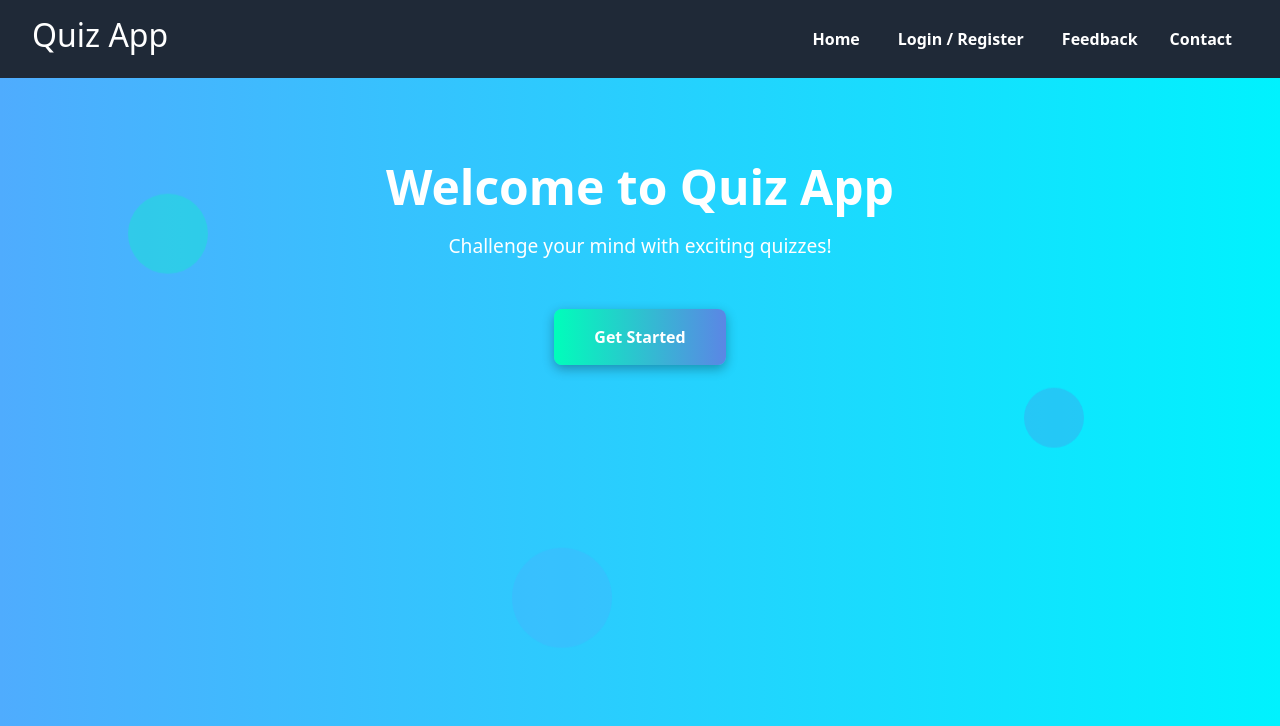
Repository: lalit9168/quizApp
Page: / (app in frontend/)
These files come from the project's save history. The page is drawn as it stood at one moment and after the next save; the edit follows.
The browser window is 1280 px wide. The pictures show the whole page.
The project was rebuilt for these pictures with package versions that can differ from the ones it lists, and the page was loaded fresh each time. Also part of the build but not shown: frontend/vite.config.js, frontend/src/index.css, frontend/src/Components/Login/Login.jsx, frontend/src/Components/Home/Home.jsx, frontend/src/Components/PrivateRoute.jsx, frontend/src/Components/api.js, frontend/src/Components/Quiz/QuizPage.jsx, frontend/src/Components/Quiz/QuizDash.jsx and 7 more.

Above is the page before, as saved 2025-06-09 10:29:17.

### frontend/index.html
<!doctype html>
<html lang="en">
  <head>
    <meta charset="UTF-8" />
    <link rel="icon" type="image/svg+xml" href="/vite.svg" />
    <meta name="viewport" content="width=device-width, initial-scale=1.0" />
    <title>Vite + React</title>
  </head>
  <body>
    <div id="root"></div>
    <script type="module" src="/src/main.jsx"></script>
    <link
  href="https://cdn.jsdelivr.net/npm/bootstrap@5.3.0/dist/css/bootstrap.min.css"
  rel="stylesheet"
/>
  </body>
</html>

### frontend/src/App.jsx
import { BrowserRouter, Routes, Route } from 'react-router-dom';
import {
  LoginPage,
  HomePage,
  QuizPage,
  PrivateRoute,
  QuizDash,
  AttemptQuiz,
  CreateGuestQuiz,
  GuestQuizEntry,
  GuestAttemptQuiz,
} from './Components/exports';
import AdminSubmissions from './Components/Quiz/AdminSubmissions';

// ✅ New pages for landing and static content
import Hero from './Components/LandingPage/Hero';
import Contact from './Components/LandingPage/Contact';
import Feedback from './Components/LandingPage/Feedback';

function App() {
  return (
    <BrowserRouter>
      <Routes>

        {/* ✅ Landing Page - default entry */}
        <Route path="/" element={<Hero />} />

        {/* ✅ Auth routes */}
        <Route path="/login" element={<LoginPage />} />
        <Route path="/register" element={<LoginPage />} />

        {/* ✅ Protected Home */}
        <Route path="/home" element={<HomePage />} />

        {/* ✅ Admin Routes */}
        <Route
          path="/quiz"
          element={
            <PrivateRoute allowedRoles={['admin']}>
              <QuizPage />
            </PrivateRoute>
          }
        />
        <Route path="/quizdash" element={<QuizDash />} />
        <Route
          path="/admin/submissions"
          element={
            <PrivateRoute allowedRoles={['admin']}>
              <AdminSubmissions />
            </PrivateRoute>
          }
        />
        <Route
          path="/create-guest"
          element={
            <PrivateRoute allowedRoles={['admin']}>
              <CreateGuestQuiz />
            </PrivateRoute>
          }
        />

        {/* ✅ Guest & User Quiz Attempt Routes */}
        <Route path="/attempt/:code" element={<AttemptQuiz />} />
        <Route path="/guest-quiz-entry" element={<GuestQuizEntry />} />
        <Route path="/guest-attempt/:quizCode" element={<GuestAttemptQuiz />} />

        {/* ✅ Static Info Pages */}
        <Route path="/contact" element={<Contact />} />
        <Route path="/feedback" element={<Feedback />} />

      </Routes>
    </BrowserRouter>
  );
}

export default App;

### frontend/src/Components/exports.js
import LoginPage from "./Login/Login";
import HomePage from "./Home/Home";
import PrivateRoute from "./PrivateRoute";
import QuizPage from "./Quiz/QuizPage";
import QuizDash from "./Quiz/QuizDash";
import AttemptQuiz from "./Quiz/AttemptQuiz";
import CreateGuestQuiz from "./Guest/CreateGuestQuiz";
import GuestQuizEntry from "./Guest/GuestQuizEntry";
import GuestAttemptQuiz from "./Guest/GuestAttemptQuiz";

export {
    LoginPage,
    HomePage,
    PrivateRoute,
    QuizPage,
    QuizDash,
    AttemptQuiz,
    CreateGuestQuiz,
    GuestQuizEntry,
    GuestAttemptQuiz,
}

### frontend/src/Components/LandingPage/Hero.jsx
import React, { useState } from "react";
import Navbar from "../Layout/Navbar";
import LoginModal from "../Auth/LoginModal";

const Hero = () => {
  const [showModal, setShowModal] = useState(false);

  return (
    <>
      <Navbar openLogin={() => setShowModal(true)} />
      <div style={styles.hero}>
        <div style={styles.decor}>
          <div className="bubble bubble1"></div>
          <div className="bubble bubble2"></div>
          <div className="bubble bubble3"></div>
        </div>

        <h1 style={styles.heading}>Welcome to Quiz App</h1>
        <p style={styles.subtext}>Challenge your mind with exciting quizzes!</p>
        <button style={styles.button} onClick={() => setShowModal(true)}>
          Get Started
        </button>
      </div>

      <LoginModal open={showModal} handleClose={() => setShowModal(false)} />

      {/* Inline animated bubbles CSS */}
      <style>{`
        .bubble {
          position: absolute;
          border-radius: 50%;
          opacity: 0.3;
          animation: float 8s infinite ease-in-out;
        }

        .bubble1 {
          width: 80px;
          height: 80px;
          background: #00feba;
          top: 20%;
          left: 10%;
        }

        .bubble2 {
          width: 60px;
          height: 60px;
          background: #5b86e5;
          top: 50%;
          left: 80%;
        }

        .bubble3 {
          width: 100px;
          height: 100px;
          background: #4facfe;
          bottom: 10%;
          left: 40%;
        }

        @keyframes float {
          0%, 100% {
            transform: translateY(0px);
          }
          50% {
            transform: translateY(-20px);
          }
        }
      `}</style>
    </>
  );
};

const styles = {
  hero: {
    textAlign: "center",
    padding: "5rem 2rem",
    background: "linear-gradient(to right, #4facfe, #00f2fe)",
    minHeight: "90vh",
    position: "relative",
    overflow: "hidden",
    color: "#fff",
  },
  decor: {
    position: "absolute",
    width: "100%",
    height: "100%",
    top: 0,
    left: 0,
    pointerEvents: "none",
    zIndex: 0,
  },
  heading: {
    fontSize: "3rem",
    fontWeight: 700,
    zIndex: 1,
    position: "relative",
  },
  subtext: {
    fontSize: "1.2rem",
    marginTop: "1rem",
    zIndex: 1,
    position: "relative",
  },
  button: {
    marginTop: "2rem",
    padding: "1rem 2.5rem",
    fontSize: "1rem",
    fontWeight: "bold",
    color: "white",
    background: "linear-gradient(to right, #00feba, #5b86e5)",
    border: "none",
    borderRadius: "8px",
    cursor: "pointer",
    boxShadow: "0 4px 12px rgba(0,0,0,0.3)",
    zIndex: 1,
    position: "relative",
  },
};

export default Hero;

### frontend/src/Components/Layout/Navbar.jsx
import React, { useState } from "react";
import { Link } from "react-router-dom";
import LoginModal from "../Auth/LoginModal";


const Navbar = () => {
  const [showModal, setShowModal] = useState(false);

  return (
    <>
      <nav style={styles.nav}>
        <h2 style={{ color: "white" }}>Quiz App</h2>
        <div>
          <Link to="/" style={styles.link}>Home</Link>
          <button onClick={() => setShowModal(true)} style={styles.button}>Login / Register</button>
          <Link to="/feedback" style={styles.link}>Feedback</Link>
          <Link to="/contact" style={styles.link}>Contact</Link>
        </div>
      </nav>

      <LoginModal open={showModal} handleClose={() => setShowModal(false)} />
    </>
  );
};

const styles = {
  nav: {
    backgroundColor: "#1f2937",
    padding: "1rem 2rem",
    display: "flex",
    justifyContent: "space-between",
    alignItems: "center"
  },
  link: {
    margin: "0 1rem",
    color: "white",
    textDecoration: "none",
    fontWeight: "bold"
  },
  button: {
    margin: "0 1rem",
    background: "none",
    border: "none",
    color: "white",
    fontWeight: "bold",
    cursor: "pointer"
  }
};

export default Navbar;

### frontend/src/Components/Auth/LoginModal.jsx
import React, { useState } from "react";
import {
  Box, Paper, TextField, Button, Typography,
  IconButton, Checkbox, FormControlLabel, Fade, Modal
} from "@mui/material";
import StarsIcon from "@mui/icons-material/Stars";
import axios from "axios";
import { useNavigate } from "react-router-dom";

function LoginModal({ open, handleClose }) {
  const navigate = useNavigate();
  const [isRegister, setIsRegister] = useState(false);
  const [formData, setFormData] = useState({
    email: "",
    password: "",
    role: "user",
  });

  const handleChange = (e) => {
    const { name, value, type, checked } = e.target;
    setFormData((prev) => ({
      ...prev,
      [name]: type === "checkbox" ? (checked ? "admin" : "user") : value,
    }));
  };

  const handleSubmit = async () => {
    const url = isRegister
      ? "http://localhost:5001/api/register"
      : "http://localhost:5001/api/login";

    try {
      const res = await axios.post(url, formData);
      if (!isRegister) {
        localStorage.setItem("token", res.data.token);
        localStorage.setItem("role", res.data.role);
        handleClose();
        navigate("/home");
      } else {
        alert("Registered successfully! Please log in.");
        setIsRegister(false);
      }
    } catch (err) {
      alert(err.response?.data?.error || "Something went wrong");
    }
  };

  return (
    <Modal open={open} onClose={handleClose}>
      <Box
        display="flex"
        justifyContent="center"
        alignItems="center"
        height="100vh"
      >
        <Fade in={open} timeout={600}>
          <Paper
            elevation={8}
            sx={{
              backdropFilter: "blur(16px)",
              background: "rgba(255, 255, 255, 0.05)",
              border: "1px solid rgba(255,255,255,0.15)",
              padding: 5,
              borderRadius: 4,
              maxWidth: 400,
              width: "90%",
              color: "#fff",
            }}
          >
            <Box textAlign="center" mb={3}>
              <IconButton
                sx={{
                  background: "linear-gradient(45deg, #00feba, #5b86e5)",
                  color: "#fff",
                  width: 60,
                  height: 60,
                  borderRadius: "50%",
                  boxShadow: "0 0 20px #00feba",
                }}
              >
                <StarsIcon fontSize="large" />
              </IconButton>
              <Typography variant="h5" mt={2} fontWeight="bold">
                {isRegister ? "Create an Account" : "Welcome to Quizz!"}
              </Typography>
            </Box>

            <TextField
              fullWidth
              label="Email"
              variant="filled"
              name="email"
              value={formData.email}
              onChange={handleChange}
              sx={{
                mb: 2,
                input: { color: "white" },
                "& .MuiFilledInput-root": {
                  backgroundColor: "rgba(255,255,255,0.1)",
                  borderRadius: 1,
                },
              }}
            />
            <TextField
              fullWidth
              label="Password"
              type="password"
              variant="filled"
              name="password"
              value={formData.password}
              onChange={handleChange}
              sx={{
                mb: 2,
                input: { color: "white" },
                "& .MuiFilledInput-root": {
                  backgroundColor: "rgba(255,255,255,0.1)",
                  borderRadius: 1,
                },
              }}
            />

            {isRegister && (
              <FormControlLabel
                control={
                  <Checkbox
                    checked={formData.role === "admin"}
                    onChange={handleChange}
                    name="role"
                    sx={{ color: "#00feba" }}
                  />
                }
                label="Register as Admin"
                sx={{ color: "#fff", mb: 2 }}
              />
            )}

            <Button
              fullWidth
              variant="contained"
              onClick={handleSubmit}
              sx={{
                background: "linear-gradient(to right, #00feba, #5b86e5)",
                color: "#000",
                fontWeight: "bold",
                boxShadow: "0 0 10px #00feba",
                mb: 2,
                ":hover": {
                  background: "linear-gradient(to right, #5b86e5, #00feba)",
                  transform: "scale(1.02)",
                },
              }}
            >
              {isRegister ? "Register" : "Log In"}
            </Button>

            <Typography align="center" variant="body2" sx={{ color: "#ccc" }}>
              {isRegister ? (
                <>
                  Already have an account?{" "}
                  <Button
                    onClick={() => setIsRegister(false)}
                    sx={{ color: "#00feba", textTransform: "none" }}
                  >
                    Log In
                  </Button>
                </>
              ) : (
                <>
                  Don’t have an account?{" "}
                  <Button
                    onClick={() => setIsRegister(true)}
                    sx={{ color: "#5b86e5", textTransform: "none" }}
                  >
                    Register
                  </Button>
                </>
              )}
            </Typography>
          </Paper>
        </Fade>
      </Box>
    </Modal>
  );
}

export default LoginModal;

Loaded but not shown: frontend/src/main.jsx (common file)

After the next save:
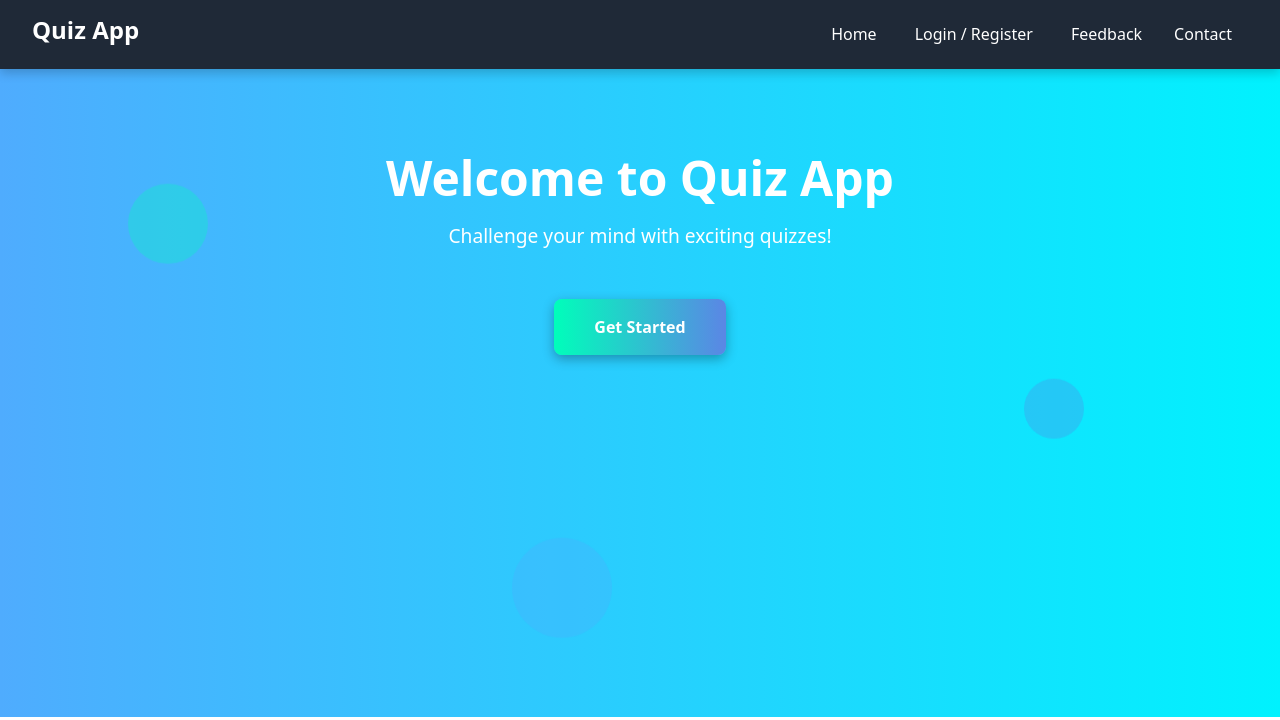
Saved 47 s later.
--- a/frontend/src/Components/Layout/Navbar.jsx
+++ b/frontend/src/Components/Layout/Navbar.jsx
@@ -1,7 +1,6 @@
 import React, { useState } from "react";
 import { Link } from "react-router-dom";
 import LoginModal from "../Auth/LoginModal";
-
 
 const Navbar = () => {
   const [showModal, setShowModal] = useState(false);
@@ -9,16 +8,30 @@
   return (
     <>
       <nav style={styles.nav}>
-        <h2 style={{ color: "white" }}>Quiz App</h2>
-        <div>
+        <h2 style={styles.brand}>Quiz App</h2>
+        <div style={styles.menu}>
           <Link to="/" style={styles.link}>Home</Link>
-          <button onClick={() => setShowModal(true)} style={styles.button}>Login / Register</button>
+          <button onClick={() => setShowModal(true)} style={styles.button}>
+            Login / Register
+          </button>
           <Link to="/feedback" style={styles.link}>Feedback</Link>
           <Link to="/contact" style={styles.link}>Contact</Link>
         </div>
       </nav>
 
       <LoginModal open={showModal} handleClose={() => setShowModal(false)} />
+
+      {/* Inline styles for hover animations */}
+      <style>{`
+        nav a:hover, nav button:hover {
+          color: #00feba;
+          transform: translateY(-2px);
+        }
+
+        nav a, nav button {
+          transition: all 0.3s ease;
+        }
+      `}</style>
     </>
   );
 };
@@ -29,22 +42,37 @@
     padding: "1rem 2rem",
     display: "flex",
     justifyContent: "space-between",
-    alignItems: "center"
+    alignItems: "center",
+    boxShadow: "0 4px 10px rgba(0,0,0,0.2)",
+    position: "sticky",
+    top: 0,
+    zIndex: 1000,
+  },
+  brand: {
+    color: "white",
+    fontWeight: "bold",
+    fontSize: "1.5rem",
+  },
+  menu: {
+    display: "flex",
+    alignItems: "center",
   },
   link: {
     margin: "0 1rem",
     color: "white",
     textDecoration: "none",
-    fontWeight: "bold"
+    fontWeight: "500",
+    fontSize: "1rem",
   },
   button: {
     margin: "0 1rem",
     background: "none",
     border: "none",
     color: "white",
-    fontWeight: "bold",
-    cursor: "pointer"
-  }
+    fontWeight: "500",
+    fontSize: "1rem",
+    cursor: "pointer",
+  },
 };
 
 export default Navbar;

After the save that followed:
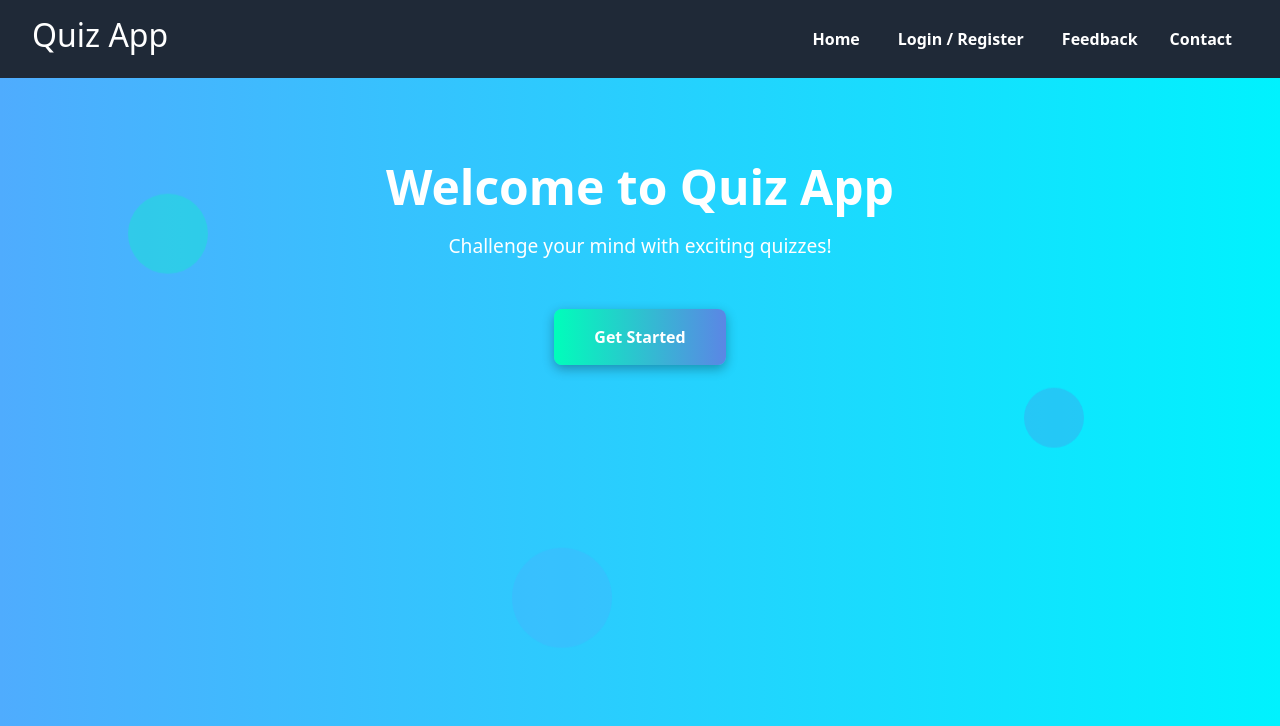
Saved 19 s later.
--- a/frontend/src/Components/Layout/Navbar.jsx
+++ b/frontend/src/Components/Layout/Navbar.jsx
@@ -1,6 +1,7 @@
 import React, { useState } from "react";
 import { Link } from "react-router-dom";
 import LoginModal from "../Auth/LoginModal";
+
 
 const Navbar = () => {
   const [showModal, setShowModal] = useState(false);
@@ -8,30 +9,16 @@
   return (
     <>
       <nav style={styles.nav}>
-        <h2 style={styles.brand}>Quiz App</h2>
-        <div style={styles.menu}>
+        <h2 style={{ color: "white" }}>Quiz App</h2>
+        <div>
           <Link to="/" style={styles.link}>Home</Link>
-          <button onClick={() => setShowModal(true)} style={styles.button}>
-            Login / Register
-          </button>
+          <button onClick={() => setShowModal(true)} style={styles.button}>Login / Register</button>
           <Link to="/feedback" style={styles.link}>Feedback</Link>
           <Link to="/contact" style={styles.link}>Contact</Link>
         </div>
       </nav>
 
       <LoginModal open={showModal} handleClose={() => setShowModal(false)} />
-
-      {/* Inline styles for hover animations */}
-      <style>{`
-        nav a:hover, nav button:hover {
-          color: #00feba;
-          transform: translateY(-2px);
-        }
-
-        nav a, nav button {
-          transition: all 0.3s ease;
-        }
-      `}</style>
     </>
   );
 };
@@ -42,37 +29,22 @@
     padding: "1rem 2rem",
     display: "flex",
     justifyContent: "space-between",
-    alignItems: "center",
-    boxShadow: "0 4px 10px rgba(0,0,0,0.2)",
-    position: "sticky",
-    top: 0,
-    zIndex: 1000,
-  },
-  brand: {
-    color: "white",
-    fontWeight: "bold",
-    fontSize: "1.5rem",
-  },
-  menu: {
-    display: "flex",
-    alignItems: "center",
+    alignItems: "center"
   },
   link: {
     margin: "0 1rem",
     color: "white",
     textDecoration: "none",
-    fontWeight: "500",
-    fontSize: "1rem",
+    fontWeight: "bold"
   },
   button: {
     margin: "0 1rem",
     background: "none",
     border: "none",
     color: "white",
-    fontWeight: "500",
-    fontSize: "1rem",
-    cursor: "pointer",
-  },
+    fontWeight: "bold",
+    cursor: "pointer"
+  }
 };
 
 export default Navbar;
